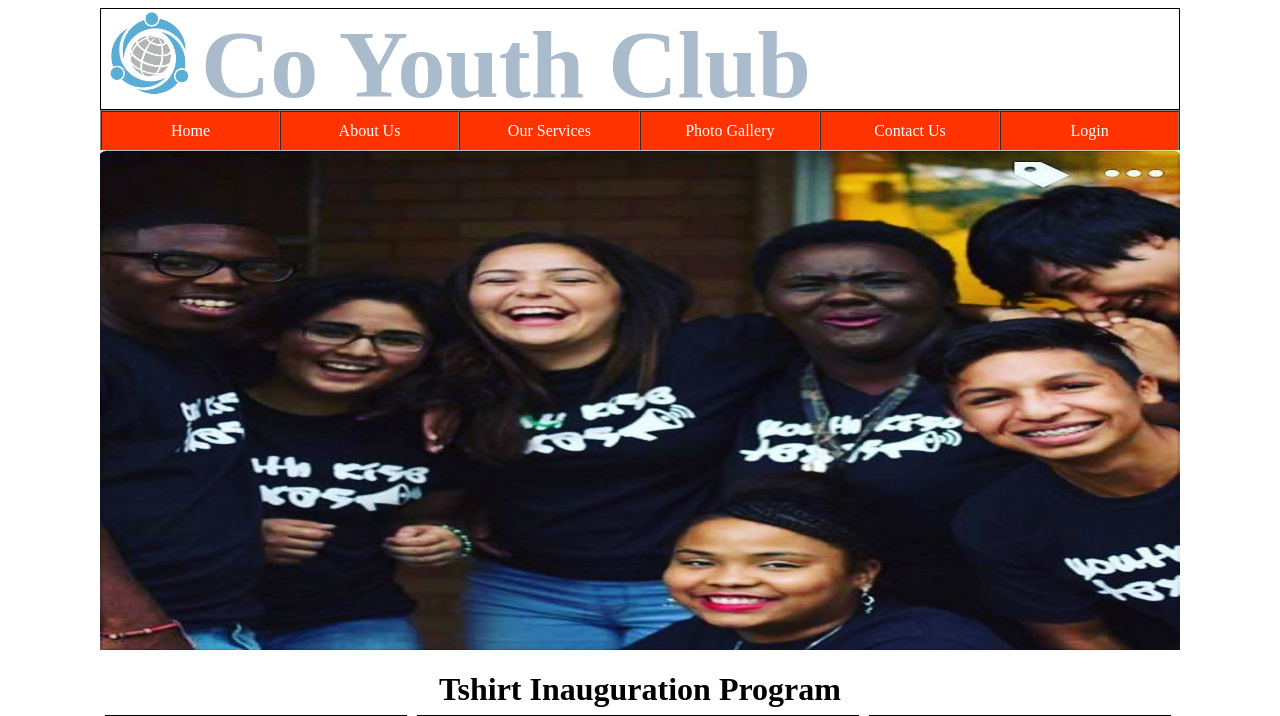
Repository: Davidchuks96/Social-Club
Page: about.html
These files come from the project's save history. The page is drawn as it stood at one moment and after the next save; the edit follows.
The browser window is 1280 px wide. The pictures show the part of the page from y = 0 to 716 px (the page is 1122 px tall).
Pictures or frames that could not be fetched are drawn as grey boxes.

Above is the page before, as saved 2021-02-22 17:36:51.
Console error: TypeError: Cannot set properties of null (setting 'innerHTML')

### about.html
<html>
<head>
<title>Codex Youth Club | About</title>
</head>
<link href="new.css" type="text/css" rel="stylesheet" />
<!-- internal CSS -->
<style>
header img{
float:left;
}

header h1{
margin:0px;
float:center;
}
.a1{
width:1080px;
height:600px;
margin-left:auto;
margin-right:auto;
}

.a2{
height:300px;
width:300px;
float:left;
border:1px solid black;
margin:5px 5px 5px 5px;
}
.a3{
height:300px;
width:440px;
float:left;
border:1px solid black;
margin:5px 5px 5px 5px;
}
</style>
<body>
<div class="id">
<div class="header">
<header>
<a href="new.html">
<!-- href is used for linking page address -->
<img src="images/logo.png" width="100px" ></a>
<font size="20" color="#abc"><h1> Co Youth Club</h1></font>



</header>
</div>

<div class="list">
<table width="1080" border="1" border-color="white" cellspacing="0" cellpadding="0">
	<!-- Using tr and td with href in table as Navigation bar -->
      <tr>
        <td width="196" height="40" align="center" bgcolor="FF3300"><span class="style7"><a href="new.html"><font color="#FFFFFF">Home</font></a></span></td>
        <td width="196" height="40" align="center" bgcolor="FF3300"><span class="style7"><a href="about.html"><font color="#FFFFFF">About Us</font></a></span></td>
        <td width="196" height="40" align="center" bgcolor="FF3300"><span class="style7"><a href="services.html"><font color="#FFFFFF">Our Services</font></a></span></td>
        <td width="196" height="40" align="center" bgcolor="FF3300"><span class="style7"><a href="gallery.html"><font color="#FFFFFF">Photo Gallery</font></a></span></td>
        <td width="196" height="40" align="center" bgcolor="FF3300"><span class="style7"><a href="contact.html"><font color="#ffffff">Contact Us</font></a></span></td>
        <td width="196" height="40" align="center" bgcolor="FF3300"><span class="style7"><a href="login.html"><font color="#ffffff">Login</font></a></span></td>
      </tr>
    </table>
</div>

<div class="a1">
<img id="aboutslider" src="images/about/a1.jpg" width="1080px" height="500px">
<h1 id="abouttext" align="center">D'Village Program</h1>
</div>
<div class="a2">
<img src="images/pp1.jpg" width="300" height="300">
</div>
<div class="a3">
<h1 align="center">Managing Director</h1>
<h1 align="center"><font size="5px" color="sky blue">Maness Shrestha</font></h1>
<p align="center"><font size="4px" style="italic" color="green">WE BELIEVE IN TEAM WORK.<br>
	<!-- br is used to break lines and font is used for styling the text -->
	OUR GOAL IS TO HELP THE YOUTH TO GET A PROSPERIOUS LIFE AND SEEK FOR AN AIM IN LIFE.<br><br><br>LET'S ALL BE HAPPY TOGETHER FOREVER!!</font></p>
</div>
<div class="a2">
<img src="images/pp2.jpg" width="300" height="300">
</div>
<!-- img is used to insert icon and href is linked on the icons in footer -->
<div class="footer">
<a target="_blank" href="https://www.facebook.com/"><img src="images/fb.png" width="30" height="30"></a>
<a target="_blank" href="https://www.twitter.com/"><img src="images/tw.png" width="30" height="30"></a>
<a target="_blank" href="https://www.viber.com/"><img src="images/vb.png" width="30" height="30"></a>
<a target="_blank" href="https://www.instagram.com/"><img src="images/in.png" width="30" height="30"></a>
<a target="_blank" href="https://www.youtube.com/"><img src="images/yu.png" width="30" height="30"></a>


<h5 id="fo" align="center"></h5>
</div>
<!-- JavaScript used in the recent page are listed below. Script is used for it -->
<script src="about.js" ></script>
<script src="slide.js" ></script>
<script src="footer.js" ></script>
</body>
</html>

### new.css
/* "." is used for class assigned
  "#" is used for id assined */
.id{
	width:1080px;
	height:auto;
	margin-left:auto;
	margin-right:auto;

}
.header{
	background-color:;
	width:1078px;
	height:100px;
	border:1px solid black;
	clear:both;

}
.logo{
	float:left;
}
.logo1{
	float:left;
	display:inline;

	background-image:url("images/fewa.jpg");


}
.header p{
	display:inline;


}

.list{
	float:left;
	font-style:normal;
	font-size:27px;
	background-color:#efefef;
	width:1080px;
	height:40px;
	text-decoration:none;
}

.list table tr td a{
	display:inline;
	text-decoration:none;
}


.sidebar{
	float:left;
	width:800px;
	height:300px;
	border:1px solid black;
}
.bar{

	float:left;
	width:276px;
	height:300px;
	border:1px solid black;
}
.adv{
	float:left;
	width:1078px;
	height:30px;
	border:1px solid black;
}
/*
.content{
	float:left;
	width:1078;
	height:500;
	border:1px solid black;
}*/
.footer{
	float:left;
	width:1078px;
	height:100px;
	border:0px solid black;
	clear:both;
	text-align:left;
}
.footer img{
	margin:5px;
}
.s1{
	height:400px;
	width:500px;
	float:left;
	border:1px solid black;
	margin:5px 5px 5px 22px;
}

### about.js
//var is used to declare a variable
var j=0;
var m1={
	name:"Welcome Program",
	imgfile:"a2.jpg"
};
var m2={
	name:"Tshirt Inauguration Program",
	imgfile:"a3.jpg"
};
var m3={
	name:"D'Village Program",
	imgfile:"a1.jpg"
};
var m4={
	name:"Winner Of the Changa Chait",
	imgfile:"a4.jpg"
};
var m5={
	name:"Youth Group",
	imgfile:"a5.jpg"
};
var file=[m1,m2,m3,m4,m5];
setInterval(Start,2000);
//function is used for JavaScript and loops
function Start(){
		document.getElementById("aboutslider").src="images/about/" +file[j].imgfile;
		document.getElementById("abouttext").innerHTML=file[j].name;
	j++;
	if(j>4)
	{
		j=0;
	}
}

### slide.js
var i=0;
var imagefile=['cover1.png','cover2.jpg','cover6.jpg','cover5.jpg','cover4.jpg'];
setInterval(startSlider,2000);

function startSlider()
{
		document.getElementById("slide1").src="images/"+ imagefile[i];
	i++;
	if(i>3)
	{
		i=0;
	}
}
var today=new Date();
var element=document.getElementById("new").innerHTML=today.toDateString();

var hour=today.getHours();
var greet;
if(hour>=18)
{
	greet=" Good Evening";
}
else if(hour>=12)
{
	greet=" Good Afternoon";
}
else{
	greet=" Good Morning";
}
document.getElementById("greeting").innerHTML=greet;

### footer.js
var value="Copyright @ 2017 Roila Youth Club";
document.getElementById("fo").innerHTML=value;

After the next save:
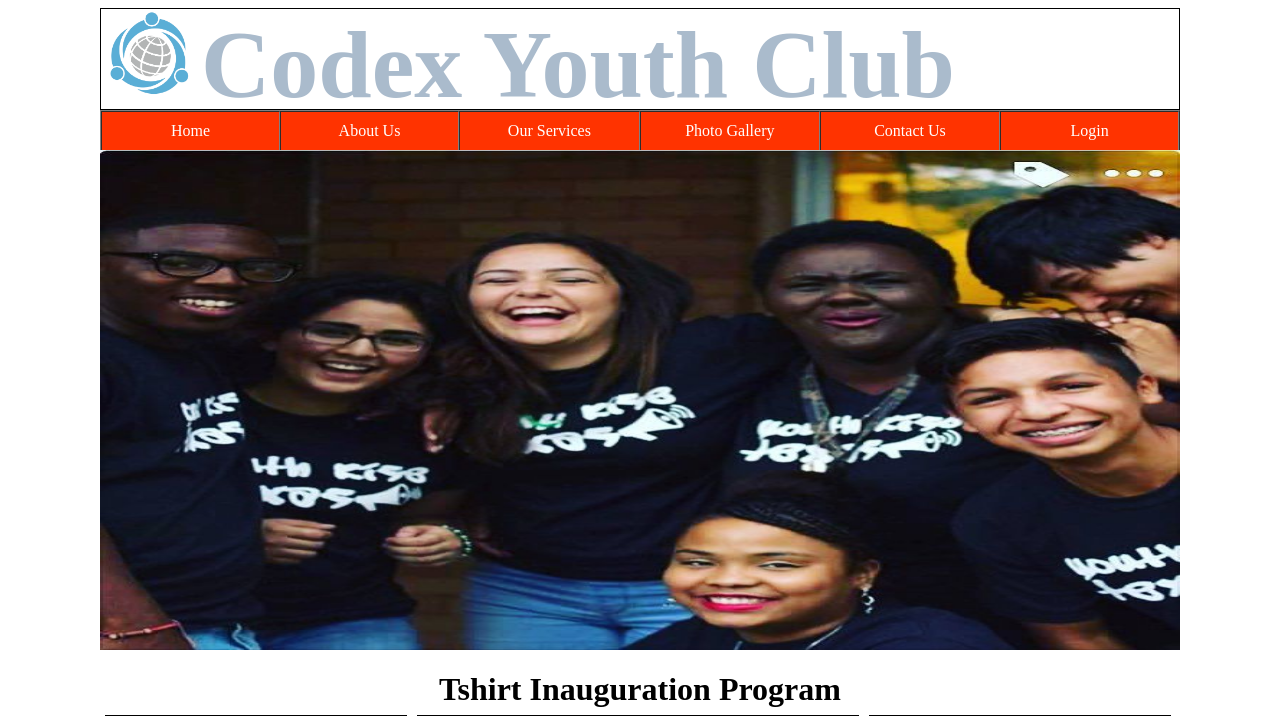
Saved 4 s later.
--- a/about.html
+++ b/about.html
@@ -42,7 +42,7 @@ margin:5px 5px 5px 5px;
 <a href="new.html">
 <!-- href is used for linking page address -->
 <img src="images/logo.png" width="100px" ></a>
-<font size="20" color="#abc"><h1> Co Youth Club</h1></font>
+<font size="20" color="#abc"><h1> Codex Youth Club</h1></font>
 
 
 
